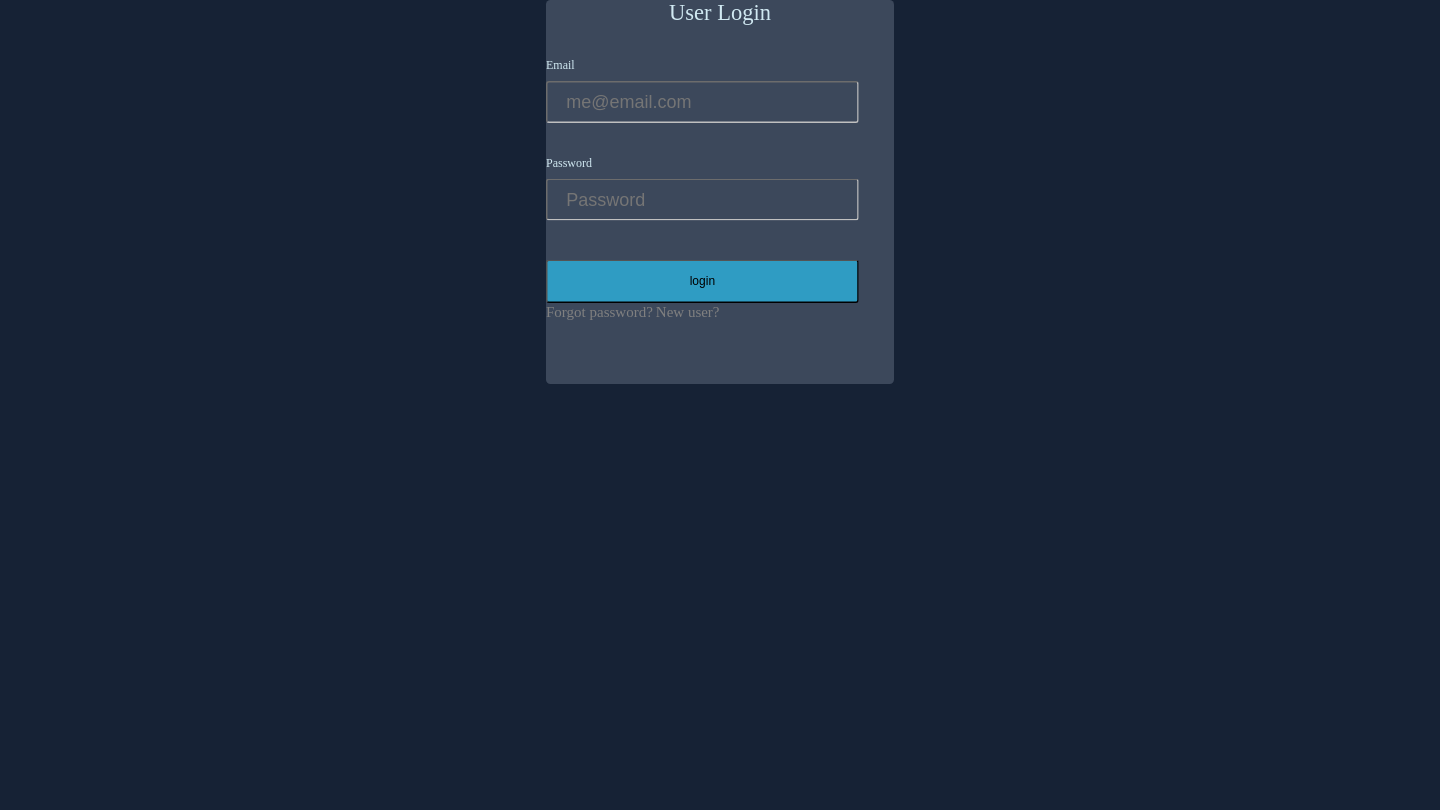
Repository: leystra019/nea
Page: html/user login.html
These files come from the project's save history. The page is drawn as it stood at one moment and after a run of saves; the edit follows.
The browser window is 1280 px wide. The page is 1920 px wide, so the pictures cover 1920 px, including what lies to the right of the window. The pictures show the whole page, at 75% of full size.

Above is the page before, as saved 2022-12-12 11:21:52.

### html/user login.html

<!DOCTYPE html>
<html lang="en">
<head>
    <meta charset="UTF-8">
    <meta http-equiv="X-UA-Compatible" content="IE=edge">
    <meta name="viewport" content="width=device-width, initial-scale=1.0">
    <title>Login_system</title>
    <link href="/neatest/css/login.css" rel="stylesheet" type="text/css">
</head>
<body>
    <div class="background">
        <div class="ln-card">
            <div class="title">User Login</div>
            <form action="/neatest/php/main php/authlogin.php" method="post">
                <header>Email</header>
                <input type="username" name="username" id="username" class="logbox" placeholder="me@email.com">
                <header>Password</header>
                <input type="password" name="password" class="logbox" id="password" placeholder="Password" margin-bottom="52px;">
                <input type="submit" value="login" class="submbtn" id="button">
                <a href="/neatest/html/passwordcheck.html">Forgot password?</a>
                <a href="registration.html">New user?</a>
            </form>
        </div>



    </div>
</body>
</html>

### css/login.css
* {
    margin: 0px !important;
    padding: 0px !important;
    text-decoration: none;

  }

.background {
  width: 1920px;
  height: 1080px;
  background-color: #162235;

}


.ln-card {
    height: 512px;
    width: 464px;
    background-color: #3C485B;
    border: 1px;
    padding-top: 46px;
    border-radius: 6px;
    margin: auto !important;
    padding-top: auto;
    justify-items: center;
}

.title {
  font-size: 30px;
  text-align: center;
  color: #D1E9F2;
  padding-top: 32px;
}

b {
  font-size: 22px;
  margin-left: 60px;
  margin-bottom: 0;

}

.profile-img {
  height: 204px;
  margin-top: 96px;
  margin-left: 184px;
  width: 255px;
}

.logbox {
  border-radius: 4px;
  border: 1;
  height: 52px;
  width: 388px;
  background-color: #3C485B;
  border-color: #c0c0c0;
  font-size: 24px;
  text-align: left;
  padding-left: 25px !important;
  margin-left: auto !important;
  color: grey;
  position: center;
  align-items: center;

}

.submbtn {
  position: sticky;
  margin: auto;
  margin-bottom: 40px;
  width: 417px;
  height: 58px;
  background-color: #2F9CC3;
  text-align: center;
  border-radius: 4px;
  font-size: 16px;
  margin-top: 52px !important;


}

.login form input[type="submit"]:hover {
	background-color: #2868c7;
  	transition: background-color 0.2s;
}

a {
  font-size: 20px;
  margin-left: 5px;
  color: grey;

}

header {
  color: #D1E9F2;
  padding-bottom: 12px !important;
  padding-top: 44px !important;
  font-size: 16px;
}

After the next 2 saves:
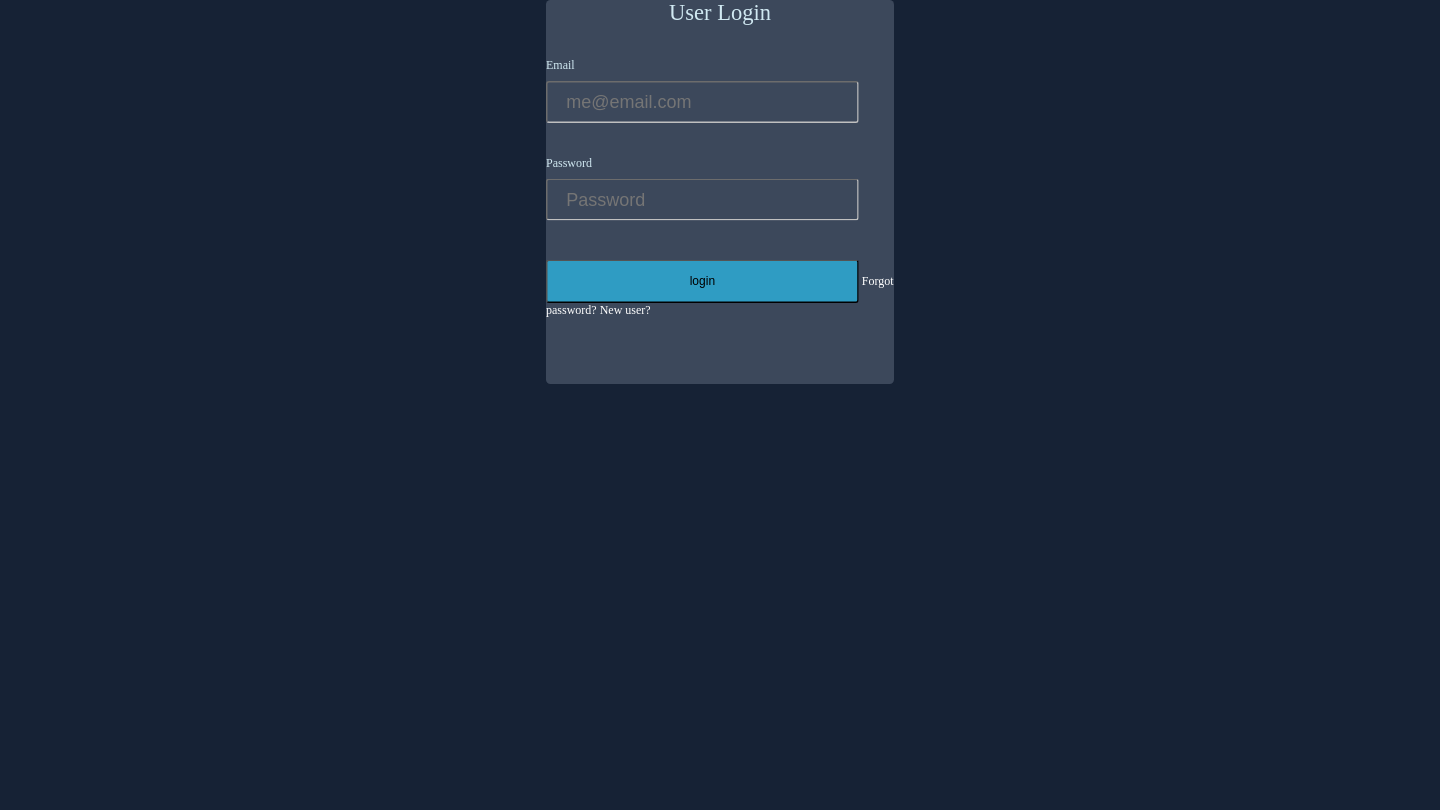
The 2 saves are shown as one change because they came seconds apart.
The last was saved 77 s later.
--- a/css/login.css
+++ b/css/login.css
@@ -84,9 +84,8 @@
 }
 
 a {
-  font-size: 20px;
-  margin-left: 5px;
-  color: grey;
+  font-size: 16px;
+  color: #FFFFFF;
 
 }
 

After the save that followed:
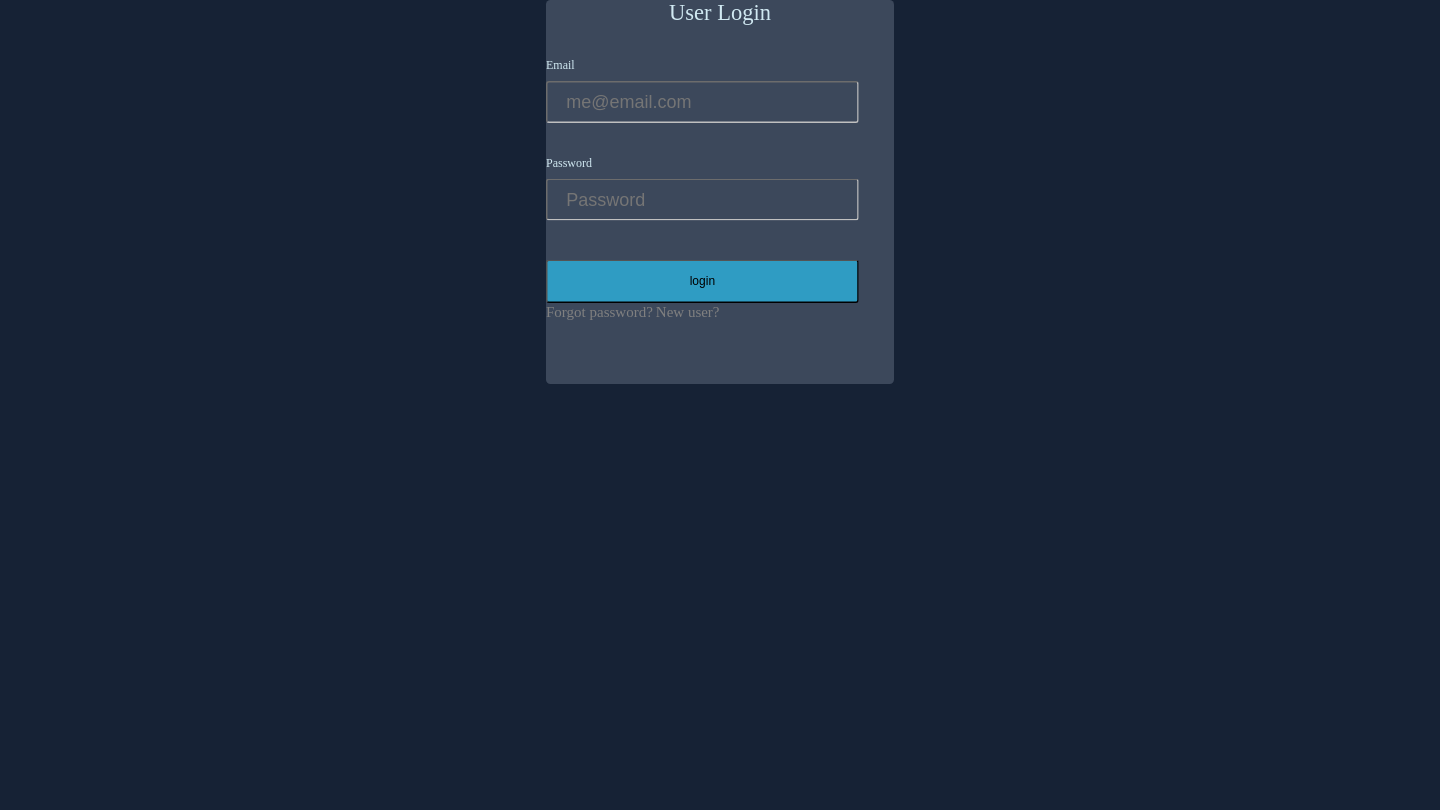
Saved 19 s later.
--- a/css/login.css
+++ b/css/login.css
@@ -84,8 +84,9 @@
 }
 
 a {
-  font-size: 16px;
-  color: #FFFFFF;
+  font-size: 20px;
+  margin-left: 5px;
+  color: grey;
 
 }
 
